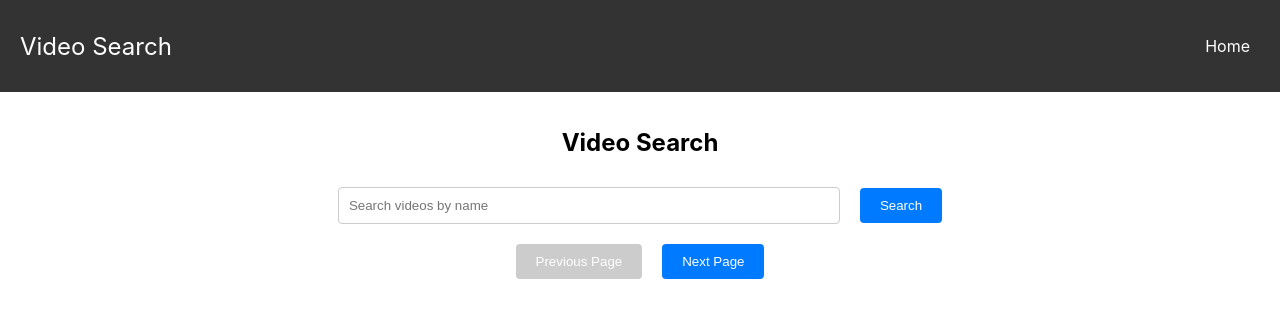
Repository: LolaSL/video-search
Page: /
The author's editor kept a copy of each file at every save. The page is drawn from the files as they stood at one save, then again after a run of saves.
The browser window is 1280 px wide. The pictures show the whole page.
The project was rebuilt for these pictures with package versions that can differ from the ones it lists, and the page was loaded fresh each time.

Above is the page before, as saved 2023-08-12 13:32:51.

### src/App.js
import React from 'react';
import './App.css';
import VideoSearch from './VideoSearch';
import Navbar from './Navbar';
import { BrowserRouter as Router } from 'react-router-dom';

function App() {
  return (
    <Router>
      <div className="App">
        <Navbar />
        <div className="container">
          <VideoSearch />
        </div>
      </div>
    </Router>
  );
}

export default App;

### src/App.css
.App {
  text-align: center;
}

.container {
  max-width: 800px;
  margin: 0 auto;
  padding: 20px;
}

h1 {
  font-size: 24px;
  margin-bottom: 20px;
}

input[type="text"] {
  padding: 10px;
  width:60%;
  margin: 10px;
  border: 1px solid #ccc;
  border-radius: 4px;
}

button {
  margin: 10px;
  padding: 10px 20px;
  background-color: #007bff;
  color: #fff;
  border: none;
  border-radius: 4px;
  cursor: pointer;
}

button:disabled {
  background-color: #ccc;
  cursor: not-allowed;
}

iframe {
  width: 100%;
  height: 415px;
  border: none;
  margin-top: 15px;
}

.video-item {
  margin: 20px 0;
  padding: 20px;
  border: 1px solid #ccc;
  border-radius: 4px;
}

.video-title {
  font-size: 18px;
  margin-bottom: 10px;
}

.pagination {
  margin-top: 20px;
}

.pagination button {
  margin-right: 10px;
}
/* Navbar styles */
.navbar {
  display: flex;
  justify-content: space-between;
  align-items: center;
  padding: 10px 20px;
  background-color: #333;
  color: white;
}

.navbar-logo {
  font-size: 1.5rem;
}

.nav-toggle {
  display: none;
  background: none;
  border: none;
  color: white;
  font-size: 1rem;
  cursor: pointer;
}

.navbar-nav {
  list-style: none;
  display: flex;
  gap: 20px;
}

.nav-item {
  padding: 10px;
}

.nav-link {
  color: white;
  text-decoration: none;
}

/* Show the navigation links when the navbar is open */
.navbar-nav.open {
  display: flex;
  flex-direction: column;
  position: absolute;
  background-color: #333;
  top: 55px;
  right: 20px;
  z-index: 1000;
}


@media screen and (max-width: 768px) {

  .container {
    padding: 10px;
    margin: 30px;
  }

  input[type="text"] {
    width:80%;
    margin: 20px;
    margin-bottom: 10px;
  }

  button {
    width: 50%;
    margin-bottom: 10px;
  }

  .video-item {
    padding: 10px;
    margin: 10px 20px;
  }

  .pagination {
    text-align: center;
  }
}

### src/VideoSearch.jsx
import React, { useState } from 'react';
import axios from 'axios';

const API_KEY = 'AIzaSyAZw_7fp6hzKHZ_UNfC9jRiNJBWZQnTOmM';
const CHANNEL_ID = 'CSgDjZ_Vv8g';
const RESULTS_PER_PAGE = 10;


const VideoSearch = () => {
    const [videos, setVideos] = useState([]);
    const [searchTerm, setSearchTerm] = useState('');
    const [currentPage, setCurrentPage] = useState(1);

    const searchVideos = async () => {
      try {
        const response = await axios.get(
          `https://www.googleapis.com/youtube/v3/search?key=${API_KEY}&channelId=${CHANNEL_ID}&part=snippet,id&type=video&q=${searchTerm}&maxResults=${RESULTS_PER_PAGE}&pageToken=${currentPage > 1 ? videos.length : ''}`
        );

        setVideos(response.data.items);
      } catch (error) {
        console.error('Error fetching videos:', error);
      }
    };

    const handlePageChange = (newPage) => {
      setCurrentPage(newPage);
      searchVideos();
    };

    return (
      <div>
        <h1>Video Search</h1>
        <input
          type="text"
          placeholder="Search videos by name"
          value={searchTerm}
          onChange={(e) => setSearchTerm(e.target.value)}
        />
        <button onClick={() => handlePageChange(1)}>Search</button>

        <div>
          {videos.map((video) => (
            <div key={video.id.videoId}>
              <h2>{video.snippet.title}</h2>
              <iframe
                title={video.snippet.title}
                width="560"
                height="415"
                src={`https://www.youtube.com/embed/${video.id.videoId}`}
                // frameBorder="0"
                allowFullScreen
              ></iframe>
            </div>
          ))}
        </div>

        <div>
          <button
            onClick={() => handlePageChange(currentPage - 1)}
            disabled={currentPage === 1}
          >
            Previous Page
          </button>
          <button onClick={() => handlePageChange(currentPage + 1)}>Next Page</button>
        </div>
      </div>
    );
  };

  export default VideoSearch;

### src/Navbar.jsx
import React, { useState } from 'react';
import { Link } from 'react-router-dom';

const Navbar = () => {
  const [isNavOpen, setIsNavOpen] = useState(false);

  const toggleNav = () => {
    setIsNavOpen(!isNavOpen);
  };

  return (
    <nav className="navbar">
      <div className="navbar-brand">
        <span className="navbar-logo">Video Search</span>
      </div>
      <button className="nav-toggle" onClick={toggleNav}>
        {isNavOpen ? 'Close' : 'Open'}
      </button>
      <ul className={`navbar-nav ${isNavOpen ? 'open' : ''}`}>
        <li className="nav-item">
          <Link href="/" className="nav-link">Home</Link>
              </li>

      </ul>
    </nav>
  );
};

export default Navbar;

Loaded but not shown: public/index.html (common file); src/index.js (common file); src/index.css (common file); src/reportWebVitals.js (common file)

After the next 7 saves:
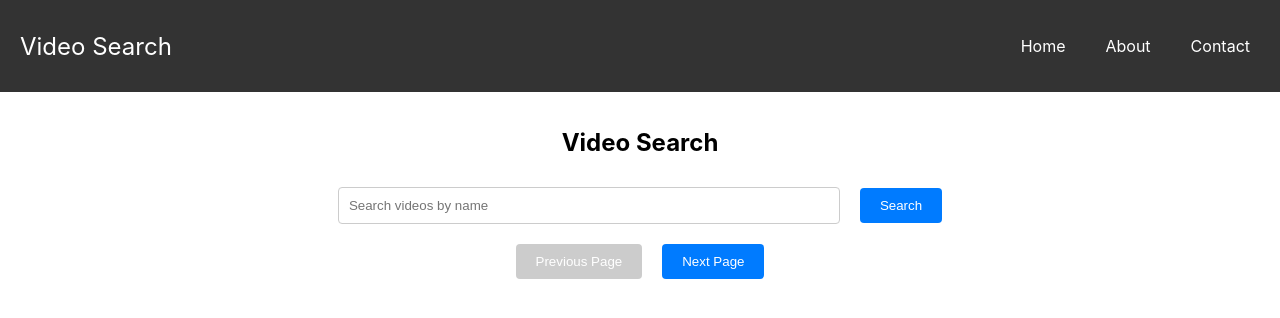
The 7 saves are shown as one change because 1 did not build or start and some came seconds apart.
The last was saved 17 s later.
--- a/src/Navbar.jsx
+++ b/src/Navbar.jsx
@@ -1,5 +1,5 @@
 import React, { useState } from 'react';
-import { Link } from 'react-router-dom';
+
 
 const Navbar = () => {
   const [isNavOpen, setIsNavOpen] = useState(false);
@@ -18,9 +18,14 @@ const Navbar = () => {
       </button>
       <ul className={`navbar-nav ${isNavOpen ? 'open' : ''}`}>
         <li className="nav-item">
-          <Link href="/" className="nav-link">Home</Link>
-              </li>
-
+          <a href="/" className="nav-link">Home</a>
+        </li>
+        <li className="nav-item">
+          <a href="/about" className="nav-link">About</a>
+        </li>
+        <li className="nav-item">
+          <a href="/contact" className="nav-link">Contact</a>
+        </li>
       </ul>
     </nav>
   );
